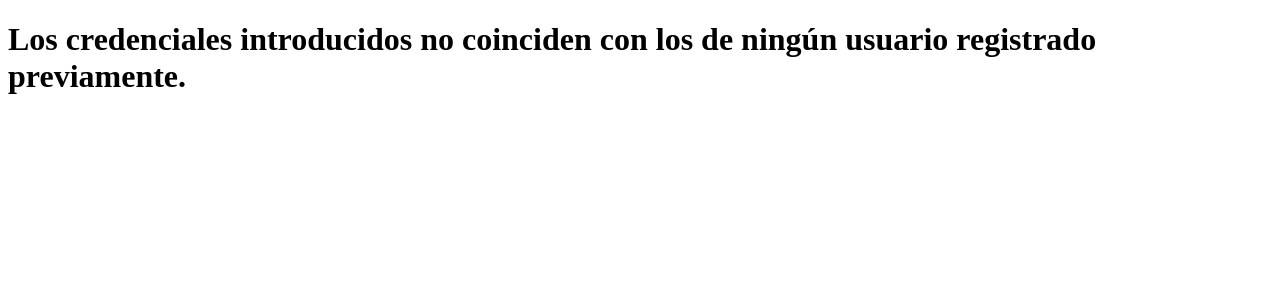
Repository: Pablosky971/Ejercicio-4.-Proyecto-Web
Page: Ejercicio5Servlet/src/main/webapp/error.html
An editor plug-in stored every save of this project. The page is shown before and after a run of saves, followed by the edit.
The browser window is 1280 px wide. The pictures show the whole page.

Above is the page before, as saved 2022-03-10 12:48:43.

After the next 2 saves:
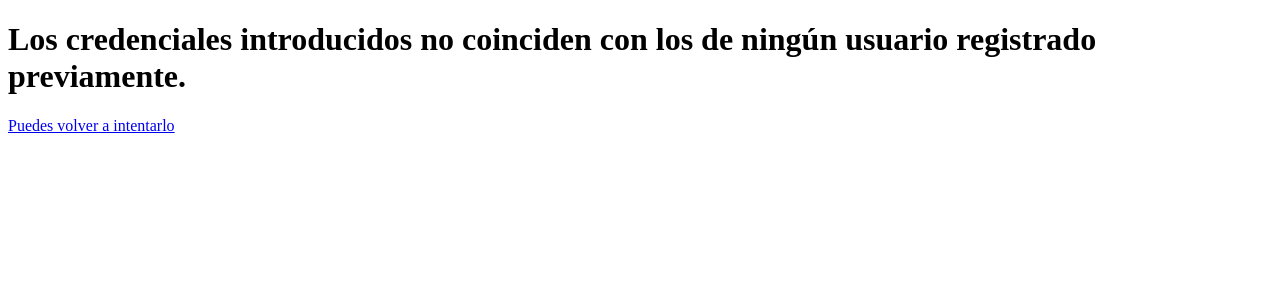
The 2 saves are shown as one change because they came seconds apart.
The last was saved 9 s later.
--- a/Ejercicio5Servlet/src/main/webapp/error.html
+++ b/Ejercicio5Servlet/src/main/webapp/error.html
@@ -6,6 +6,6 @@
 </head>
 <body>
 	<h1> Los credenciales introducidos no coinciden con los de ningún usuario registrado previamente.</h1>
-	<a href="formularioLogin.html"></a>
+	<a href="formularioLogin.html"> Puedes volver a intentarlo</a>
 </body>
 </html>
